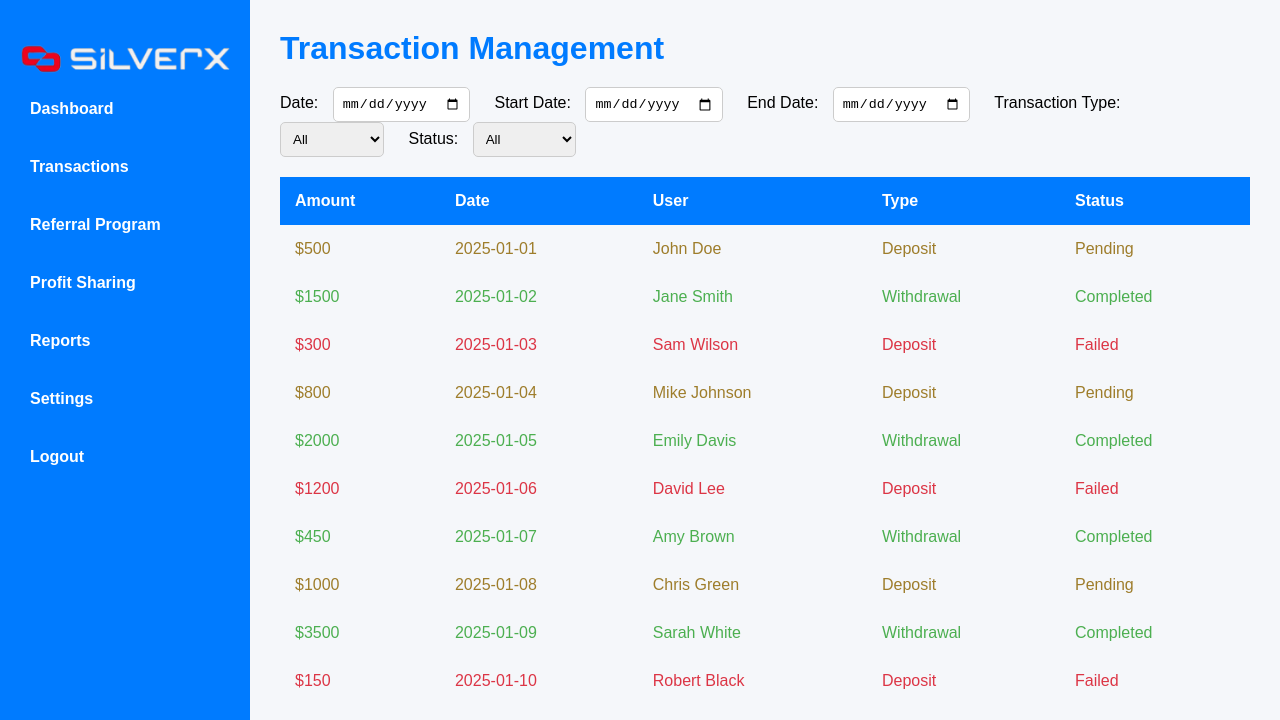
Repository: 2025silverx/slivedrX
Page: index2.html
The author's editor kept a copy of each file at every save. The page is drawn from the files as they stood at one save, then again after a run of saves.
The browser window is 1280 px wide. The pictures show the whole page.
An inner scrolling area shows only its first screen.

Above is the page before, as saved 2025-01-19 20:23:00.

After the next 2 saves:
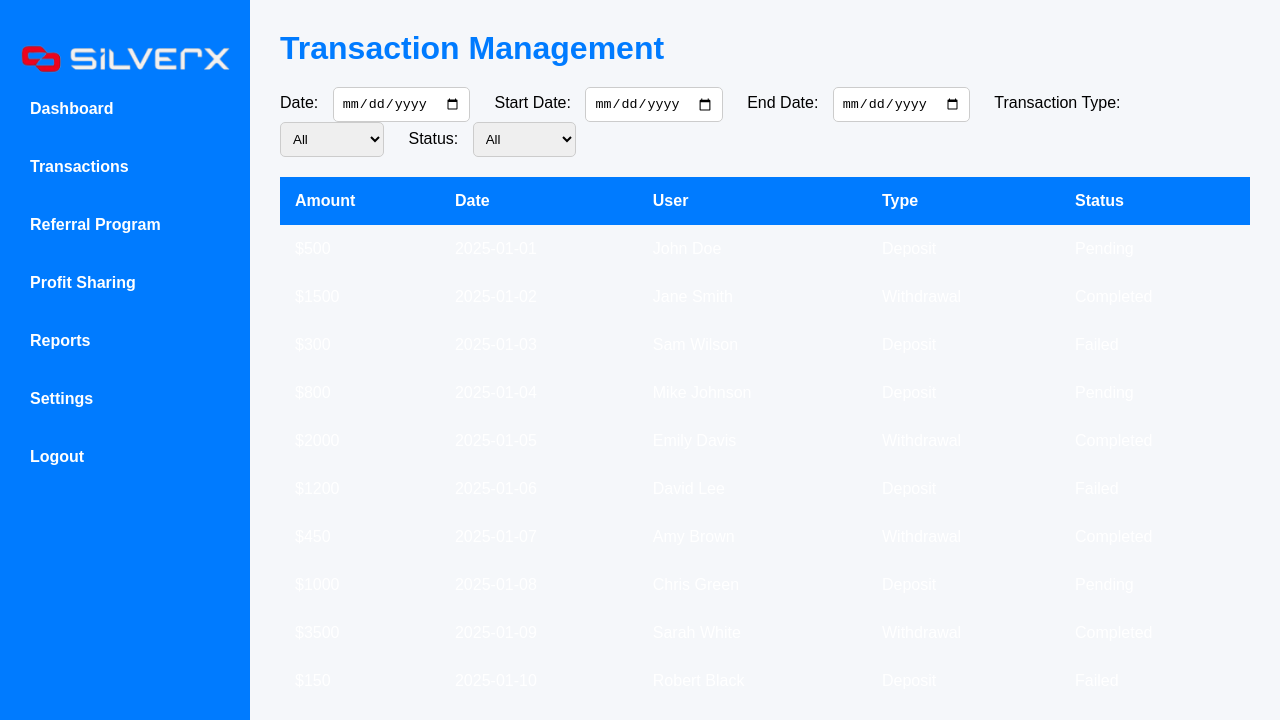
The 2 saves are shown as one change because they came seconds apart.
The last was saved 67 s later.
--- a/style2.css
+++ b/style2.css
@@ -154,18 +154,26 @@ td.failed {
         font-size: 12px;
     }
 }
-/* Status color coding */
+/* Status label styling */
+.status-label {
+    display: inline-block;
+    padding: 5px 10px;
+    border-radius: 5px;
+    font-weight: bold;
+    text-transform: capitalize;
+}
+
 .pending {
-    background-color: #f4e3b2;  /* Light yellow */
-    color: #9e7d2b;  /* Dark yellow */
+    background-color: #ffcc00; /* Yellow */
+    color: #ffffff;
 }
 
 .completed {
-    background-color: #b3f2b5;  /* Light green */
-    color: #4caf50;  /* Dark green */
+    background-color: #28a745; /* Green */
+    color: #ffffff;
 }
 
 .failed {
-    background-color: #f8d7da;  /* Light red */
-    color: #dc3545;  /* Dark red */
+    background-color: #dc3545; /* Red */
+    color: #ffffff;
 }
